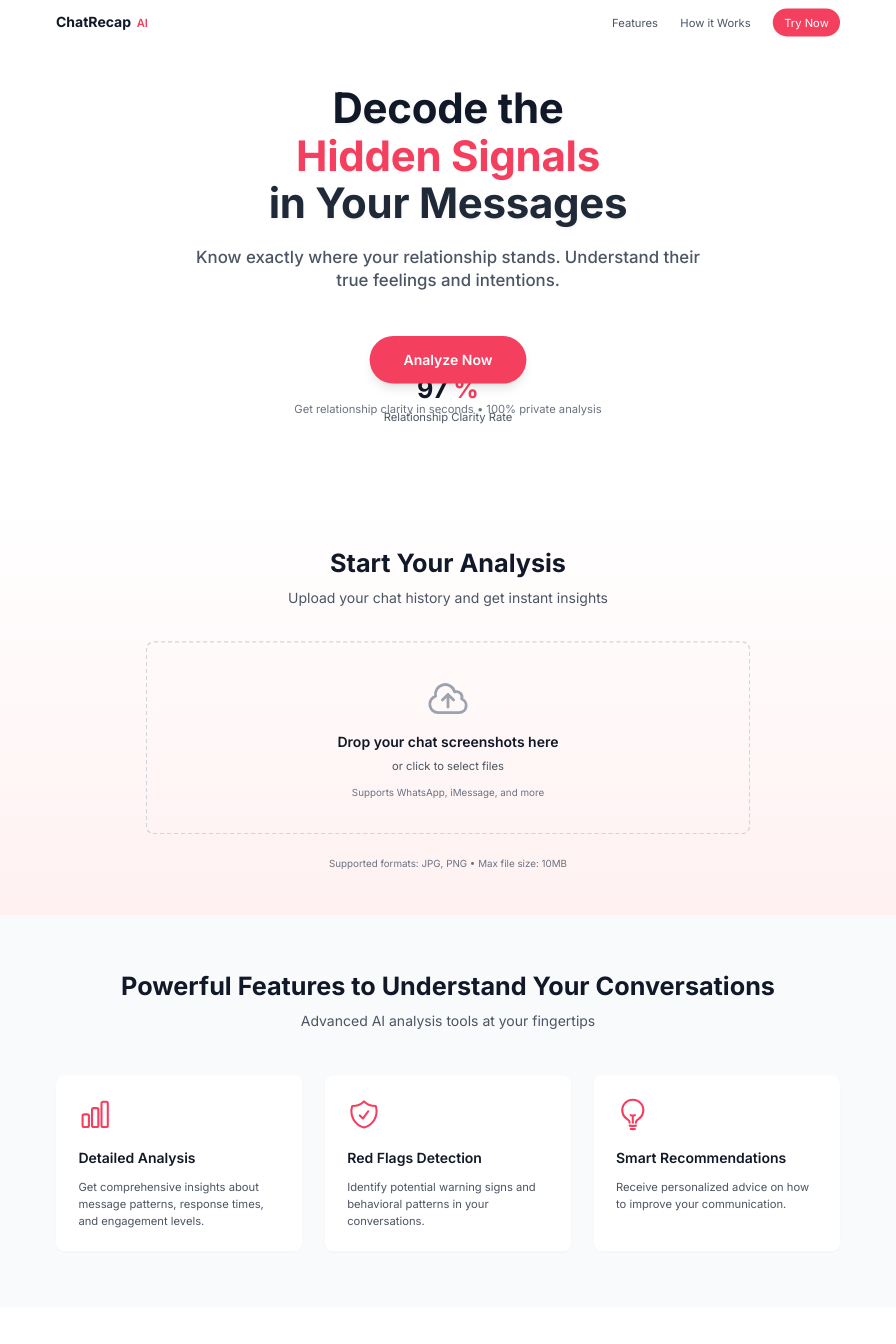
Repository: eurekabot123/chatrecap-ai
Page: /
The author's editor kept a copy of each file at every save. The page is drawn from the files as they stood at one save, then again after the next save.
The browser window is 1280 px wide. The pictures show the part of the page from y = 0 to 1920 px (the page is 3617 px tall), at 70% of full size.
The project was rebuilt for these pictures with package versions that can differ from the ones it lists, and the page was loaded fresh each time. The framework's server and built-in components were replaced by stand-ins that run in the browser. Also part of the build but not shown: next.config.ts.

Above is the page before, as saved 2025-01-13 02:27:36.

### src/app/layout.tsx
import './globals.css'
import type { Metadata } from 'next'
import { Inter } from 'next/font/google'
import Navbar from '@/components/layout/Navbar'
import Footer from '@/components/layout/Footer'

const inter = Inter({ subsets: ['latin'] })

export const metadata: Metadata = {
  title: 'ChatRecap AI - Discover the True Meaning Behind Every Message',
  description: 'Upload your chat history and get AI-powered insights in seconds',
}

export default function RootLayout({
  children,
}: {
  children: React.ReactNode
}) {
  return (
    <html lang="zh">
      <body className={inter.className}>
        <Navbar />
        {children}
        <Footer />
      </body>
    </html>
  )
}

### src/app/page.tsx
import Hero from '@/components/home/Hero'
import Features from '@/components/home/Features'
import Demo from '@/components/home/Demo'
import Upload from '@/components/home/Upload'
import Testimonials from '@/components/home/Testimonials'

export default async function Home() {
  return (
    <main className="min-h-screen bg-gradient-to-b from-white via-white to-gray-50">
      <div className="max-w-7xl mx-auto">
        <Hero />
        <Upload />
        <Features />
        <Demo />
        <Testimonials />
      </div>
    </main>
  )
}

### src/app/globals.css
@tailwind base;
@tailwind components;
@tailwind utilities;

:root {
  --background: #ffffff;
  --foreground: #171717;
}

@media (prefers-color-scheme: dark) {
  :root {
    --background: #0a0a0a;
    --foreground: #ededed;
  }
}

body {
  color: var(--foreground);
  background: var(--background);
  font-family: Arial, Helvetica, sans-serif;
}

h1 {
  text-shadow: 0 2px 4px rgba(0,0,0,0.05);
}

.gradient-text {
  background-clip: text;
  -webkit-background-clip: text;
}

### src/components/layout/Navbar.tsx
'use client'

import { motion } from 'framer-motion'
import Link from 'next/link'

export default function Navbar() {
  return (
    <motion.nav
      className="fixed w-full z-50 bg-white/80 backdrop-blur-md"
      initial={{ y: -100 }}
      animate={{ y: 0 }}
      transition={{ duration: 0.5 }}
    >
      <div className="max-w-6xl mx-auto px-4">
        <div className="flex items-center justify-between h-16">
          {/* Logo */}
          <Link href="/" className="flex items-center space-x-2">
            <span className="text-xl font-bold text-gray-900">ChatRecap</span>
            <span className="text-primary-500 font-semibold">AI</span>
          </Link>

          {/* Navigation Links */}
          <div className="hidden md:flex items-center space-x-8">
            <Link href="#features" className="text-gray-600 hover:text-gray-900">Features</Link>
            <Link href="#how-it-works" className="text-gray-600 hover:text-gray-900">How it Works</Link>
            <button className="bg-primary-500 text-white px-4 py-2 rounded-full hover:bg-primary-600 transition-colors">
              Try Now
            </button>
          </div>
        </div>
      </div>
    </motion.nav>
  )
}

### src/components/layout/Footer.tsx
export default function Footer() {
  return (
    <footer className="bg-gray-50 py-12">
      <div className="max-w-6xl mx-auto px-4">
        <div className="grid grid-cols-1 md:grid-cols-4 gap-8">
          {/* Brand Section */}
          <div className="col-span-1 md:col-span-2">
            <div className="flex items-center space-x-2 mb-4">
              <span className="text-xl font-bold text-gray-900">ChatRecap</span>
              <span className="text-primary-500 font-semibold">AI</span>
            </div>
            <p className="text-gray-600 max-w-sm">
              Advanced AI-powered chat analysis to help you understand your conversations better.
            </p>
          </div>

          {/* Links Section */}
          <div>
            <h3 className="font-semibold text-gray-900 mb-4">Product</h3>
            <ul className="space-y-2">
              <li><a href="#features" className="text-gray-600 hover:text-gray-900">Features</a></li>
              <li><a href="#how-it-works" className="text-gray-600 hover:text-gray-900">How it Works</a></li>
              <li><a href="#pricing" className="text-gray-600 hover:text-gray-900">Pricing</a></li>
            </ul>
          </div>

          {/* Legal Section */}
          <div>
            <h3 className="font-semibold text-gray-900 mb-4">Legal</h3>
            <ul className="space-y-2">
              <li><a href="/privacy" className="text-gray-600 hover:text-gray-900">Privacy Policy</a></li>
              <li><a href="/terms" className="text-gray-600 hover:text-gray-900">Terms of Service</a></li>
            </ul>
          </div>
        </div>

        {/* Bottom Section */}
        <div className="border-t border-gray-200 mt-12 pt-8">
          <p className="text-center text-gray-600">
            © {new Date().getFullYear()} ChatRecap AI. All rights reserved.
          </p>
        </div>
      </div>
    </footer>
  )
}

### src/components/home/Hero.tsx
import { HeroActions, TrustSignals } from './HeroClient'

export default function Hero() {
  return (
    <div className="relative min-h-screen flex flex-col items-center justify-center px-4">
      <div className="text-center max-w-[1200px]">
        <h1 className="font-bold tracking-tight">
          <div className="text-5xl md:text-6xl text-gray-900 mb-2">Decode the</div>
          <div className="text-5xl md:text-6xl text-primary-500 mb-2">Hidden Signals</div>
          <div className="text-5xl md:text-6xl text-gray-800">in Your Messages</div>
        </h1>

        <p className="text-xl md:text-2xl text-gray-600 mt-8 mb-16 font-medium max-w-3xl mx-auto leading-relaxed">
          Know exactly where your relationship stands. Understand their true feelings and intentions.
        </p>

        <HeroActions />
      </div>

      <div className="absolute bottom-28">
        <TrustSignals />
      </div>
    </div>
  )
}

### src/components/home/Features.tsx
'use client'

import { motion } from 'framer-motion'
import { ChartBarIcon, ShieldCheckIcon, LightBulbIcon } from '@heroicons/react/24/outline'

type Feature = {
  icon: React.ElementType;
  title: string;
  description: string;
}

const features = [
  {
    icon: ChartBarIcon,
    title: "Detailed Analysis",
    description: "Get comprehensive insights about message patterns, response times, and engagement levels."
  },
  {
    icon: ShieldCheckIcon,
    title: "Red Flags Detection",
    description: "Identify potential warning signs and behavioral patterns in your conversations."
  },
  {
    icon: LightBulbIcon,
    title: "Smart Recommendations",
    description: "Receive personalized advice on how to improve your communication."
  }
]

function FeatureCards({ features }: { features: Feature[] }) {
  return (
    <div className="grid md:grid-cols-3 gap-8">
      {features.map((feature, index) => (
        <motion.div
          key={feature.title}
          className="bg-white rounded-xl p-8 shadow-sm hover:shadow-md transition-shadow"
          initial={{ opacity: 0, y: 20 }}
          whileInView={{ opacity: 1, y: 0 }}
          viewport={{ once: true }}
          transition={{ duration: 0.5, delay: index * 0.1 }}
        >
          <feature.icon className="w-12 h-12 text-primary-500 mb-6" />
          <h3 className="text-xl font-semibold text-gray-900 mb-4">
            {feature.title}
          </h3>
          <p className="text-gray-600">
            {feature.description}
          </p>
        </motion.div>
      ))}
    </div>
  )
}

export default function Features() {
  return (
    <section className="py-20 bg-gray-50">
      <div className="max-w-6xl mx-auto px-4">
        <div className="text-center mb-16">
          <h2 className="text-3xl md:text-4xl font-bold text-gray-900 mb-4">
            Powerful Features to Understand Your Conversations
          </h2>
          <p className="text-xl text-gray-600">
            Advanced AI analysis tools at your fingertips
          </p>
        </div>

        <FeatureCards features={features} />
      </div>
    </section>
  )
}

### src/components/home/Demo.tsx
'use client'

import { motion } from 'framer-motion'
import Image from 'next/image'

export default function Demo() {
  return (
    <section className="py-20 bg-gradient-to-b from-white to-gray-50">
      <div className="max-w-6xl mx-auto px-4">
        <motion.div
          className="text-center mb-16"
          initial={{ opacity: 0, y: 20 }}
          whileInView={{ opacity: 1, y: 0 }}
          viewport={{ once: true }}
        >
          <h2 className="text-3xl md:text-4xl font-bold text-gray-900 mb-4">
            See How It Works
          </h2>
          <p className="text-xl text-gray-600">
            Transform your chat history into actionable insights
          </p>
        </motion.div>

        <div className="grid md:grid-cols-2 gap-12 items-center">
          <motion.div
            initial={{ opacity: 0, x: -20 }}
            whileInView={{ opacity: 1, x: 0 }}
            viewport={{ once: true }}
          >
            <div className="space-y-6">
              <div className="flex items-start space-x-4">
                <span className="flex-shrink-0 w-8 h-8 rounded-full bg-primary-100 text-primary-600 flex items-center justify-center">1</span>
                <div>
                  <h3 className="text-xl font-semibold mb-2">Upload Your Chat</h3>
                  <p className="text-gray-600">Simply upload your chat screenshots or export files. We support all major messaging platforms.</p>
                </div>
              </div>
              <div className="flex items-start space-x-4">
                <span className="flex-shrink-0 w-8 h-8 rounded-full bg-primary-100 text-primary-600 flex items-center justify-center">2</span>
                <div>
                  <h3 className="text-xl font-semibold mb-2">AI Analysis</h3>
                  <p className="text-gray-600">Our advanced AI analyzes communication patterns, sentiment, and engagement levels.</p>
                </div>
              </div>
              <div className="flex items-start space-x-4">
                <span className="flex-shrink-0 w-8 h-8 rounded-full bg-primary-100 text-primary-600 flex items-center justify-center">3</span>
                <div>
                  <h3 className="text-xl font-semibold mb-2">Get Insights</h3>
                  <p className="text-gray-600">Receive detailed analysis and actionable recommendations to improve your relationships.</p>
                </div>
              </div>
            </div>
          </motion.div>

          <motion.div
            className="relative h-[600px] rounded-xl overflow-hidden shadow-2xl"
            initial={{ opacity: 0, x: 20 }}
            whileInView={{ opacity: 1, x: 0 }}
            viewport={{ once: true }}
          >
            <Image
              src="/demo-analysis.png"
              alt="Chat Analysis Demo"
              fill
              className="object-cover"
            />
          </motion.div>
        </div>
      </div>
    </section>
  )
}

### src/components/home/Upload.tsx
import { UploadArea } from './UploadClient'

export default function Upload() {
  return (
    <section className="py-16 bg-gradient-to-b from-white to-primary-50">
      <div className="max-w-4xl mx-auto px-4">
        <div className="text-center mb-12">
          <h2 className="text-3xl md:text-4xl font-bold text-gray-900 mb-4">
            Start Your Analysis
          </h2>
          <p className="text-xl text-gray-600">
            Upload your chat history and get instant insights
          </p>
        </div>

        <UploadArea />

        <div className="mt-8 text-center">
          <p className="text-sm text-gray-500">
            Supported formats: JPG, PNG • Max file size: 10MB
          </p>
        </div>
      </div>
    </section>
  )
}

### src/components/home/Testimonials.tsx
'use client'

import { motion } from 'framer-motion'

const testimonials = [
  {
    quote: "This tool helped me understand why my conversations weren't going as planned. Game changer!",
    author: "Sarah M.",
    title: "Early Access User"
  },
  {
    quote: "The insights are incredibly accurate. It's like having a relationship expert in your pocket.",
    author: "James K.",
    title: "Beta Tester"
  },
  {
    quote: "I wish I had this tool months ago. It would have saved me from so many misunderstandings.",
    author: "Alex R.",
    title: "Early Access User"
  }
]

export default function Testimonials() {
  return (
    <section className="py-20 bg-white">
      <div className="max-w-6xl mx-auto px-4">
        <motion.div
          className="text-center mb-16"
          initial={{ opacity: 0, y: 20 }}
          whileInView={{ opacity: 1, y: 0 }}
          viewport={{ once: true }}
        >
          <h2 className="text-3xl md:text-4xl font-bold text-gray-900 mb-4">
            What Early Users Say
          </h2>
          <p className="text-xl text-gray-600">
            Join thousands of users who are improving their relationships
          </p>
        </motion.div>

        <div className="grid md:grid-cols-3 gap-8">
          {testimonials.map((testimonial, index) => (
            <motion.div
              key={index}
              className="bg-gray-50 p-8 rounded-xl"
              initial={{ opacity: 0, y: 20 }}
              whileInView={{ opacity: 1, y: 0 }}
              viewport={{ once: true }}
              transition={{ delay: index * 0.1 }}
            >
              <p className="text-gray-600 mb-6 italic">"{testimonial.quote}"</p>
              <div>
                <p className="font-semibold text-gray-900">{testimonial.author}</p>
                <p className="text-gray-500 text-sm">{testimonial.title}</p>
              </div>
            </motion.div>
          ))}
        </div>
      </div>
    </section>
  )
}

### src/components/home/HeroClient.tsx
'use client'

import { motion } from 'framer-motion'

export function HeroActions() {
  return (
    <motion.div
      initial={{ opacity: 0, y: 20 }}
      animate={{ opacity: 1, y: 0 }}
      transition={{ duration: 0.5, delay: 0.4 }}
      className="relative z-10"
    >
      <button className="bg-primary-500 text-white px-12 py-5 rounded-full text-xl font-semibold hover:bg-primary-600 transition-colors shadow-lg hover:shadow-xl">
        Analyze Now
      </button>
      <p className="mt-6 text-base text-gray-500">
        Get relationship clarity in seconds • 100% private analysis
      </p>
    </motion.div>
  )
}

export function TrustSignals() {
  return (
    <motion.div
      className="text-center space-y-2"
      initial={{ opacity: 0 }}
      animate={{ opacity: 1 }}
      transition={{ duration: 0.5, delay: 0.6 }}
    >
      <div className="flex items-center justify-center space-x-2">
        <span className="text-4xl font-bold text-gray-900">97</span>
        <span className="text-4xl font-bold text-primary-500">%</span>
      </div>
      <p className="text-base text-gray-600">
        Relationship Clarity Rate
      </p>
    </motion.div>
  )
}

### src/components/home/UploadClient.tsx
'use client'

import { useState } from 'react'
import { motion } from 'framer-motion'
import { CloudArrowUpIcon, EnvelopeIcon } from '@heroicons/react/24/outline'

export function UploadArea() {
  const [isDragging, setIsDragging] = useState(false)
  const [showEarlyAccess, setShowEarlyAccess] = useState(false)
  const [email, setEmail] = useState('')
  const [isSubmitted, setIsSubmitted] = useState(false)

  const handleDragOver = (e: React.DragEvent) => {
    e.preventDefault()
    setIsDragging(true)
  }

  const handleDragLeave = (e: React.DragEvent) => {
    e.preventDefault()
    setIsDragging(false)
  }

  const handleDrop = (e: React.DragEvent) => {
    e.preventDefault()
    setIsDragging(false)
    setShowEarlyAccess(true)
  }

  const handleSubmitEmail = (e: React.FormEvent) => {
    e.preventDefault()
    // 这里可以添加实际的邮件收集逻辑
    setIsSubmitted(true)
  }

  return (
    <div className="relative">
      <div
        className={`
          border-2 border-dashed rounded-xl p-12
          flex flex-col items-center justify-center
          transition-colors cursor-pointer
          ${isDragging ? 'border-primary-500 bg-primary-50' : 'border-gray-300 hover:border-primary-400'}
        `}
        onDragOver={handleDragOver}
        onDragLeave={handleDragLeave}
        onDrop={handleDrop}
        onClick={() => !showEarlyAccess && document.getElementById('file-input')?.click()}
      >
        <input
          type="file"
          id="file-input"
          className="hidden"
          accept="image/*"
          multiple
          onChange={() => setShowEarlyAccess(true)}
        />

        {!showEarlyAccess ? (
          <>
            <CloudArrowUpIcon className={`w-16 h-16 mb-4 ${isDragging ? 'text-primary-500' : 'text-gray-400'}`} />
            <h3 className="text-xl font-semibold text-gray-900 mb-2">
              Drop your chat screenshots here
            </h3>
            <p className="text-gray-600 mb-4">
              or click to select files
            </p>
            <p className="text-sm text-gray-500">
              Supports WhatsApp, iMessage, and more
            </p>
          </>
        ) : (
          <motion.div
            initial={{ opacity: 0, scale: 0.95 }}
            animate={{ opacity: 1, scale: 1 }}
            className="text-center"
          >
            {!isSubmitted ? (
              <>
                <h3 className="text-2xl font-bold text-gray-900 mb-4">
                  🚀 Coming Soon!
                </h3>
                <p className="text-gray-600 mb-6">
                  Be among the first to experience our AI-powered chat analysis.
                  Join our waiting list for early access!
                </p>
                <form onSubmit={handleSubmitEmail} className="space-y-4">
                  <div className="flex max-w-md mx-auto">
                    <input
                      type="email"
                      value={email}
                      onChange={(e) => setEmail(e.target.value)}
                      placeholder="Enter your email"
                      className="flex-1 px-4 py-2 border border-gray-300 rounded-l-lg focus:outline-none focus:ring-2 focus:ring-primary-500"
                      required
                    />
                    <button
                      type="submit"
                      className="px-6 py-2 bg-primary-500 text-white rounded-r-lg hover:bg-primary-600 transition-colors"
                    >
                      Join
                    </button>
                  </div>
                </form>
              </>
            ) : (
              <>
                <h3 className="text-2xl font-bold text-gray-900 mb-4">
                  🎉 You're on the list!
                </h3>
                <p className="text-gray-600">
                  We'll notify you as soon as we launch. Thank you for your interest!
                </p>
              </>
            )}
          </motion.div>
        )}
      </div>
    </div>
  )
}

### tailwind.config.js
/** @type {import('tailwindcss').Config} */
module.exports = {
  content: [
    './src/pages/**/*.{js,ts,jsx,tsx,mdx}',
    './src/components/**/*.{js,ts,jsx,tsx,mdx}',
    './src/app/**/*.{js,ts,jsx,tsx,mdx}',
  ],
  theme: {
    extend: {
      colors: {
        primary: {
          50: '#fff1f2',
          100: '#ffe4e6',
          200: '#fecdd3',
          300: '#fda4af',
          400: '#fb7185',
          500: '#f43f5e',
          600: '#e11d48',
          700: '#be123c',
          800: '#9f1239',
          900: '#881337',
        },
      },
    },
  },
  plugins: [],
}

After the next save:
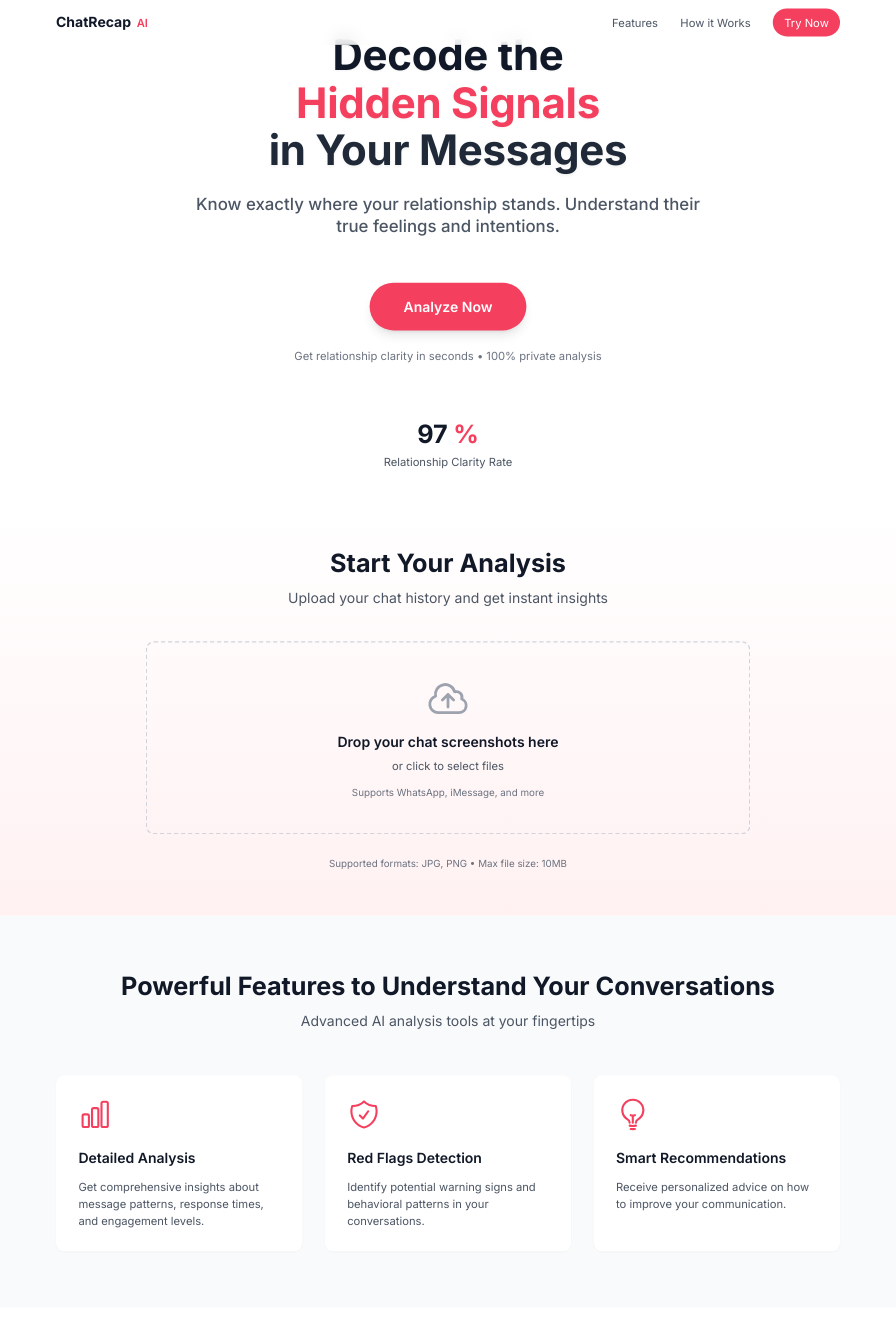
Saved 3 min 28 s later.
--- a/src/components/home/Hero.tsx
+++ b/src/components/home/Hero.tsx
@@ -15,9 +15,7 @@ export default function Hero() {
         </p>
 
         <HeroActions />
-      </div>
 
-      <div className="absolute bottom-28">
         <TrustSignals />
       </div>
     </div>
--- a/src/components/home/HeroClient.tsx
+++ b/src/components/home/HeroClient.tsx
@@ -23,7 +23,7 @@ export function HeroActions() {
 export function TrustSignals() {
   return (
     <motion.div
-      className="text-center space-y-2"
+      className="text-center space-y-2 mt-20"
       initial={{ opacity: 0 }}
       animate={{ opacity: 1 }}
       transition={{ duration: 0.5, delay: 0.6 }}
